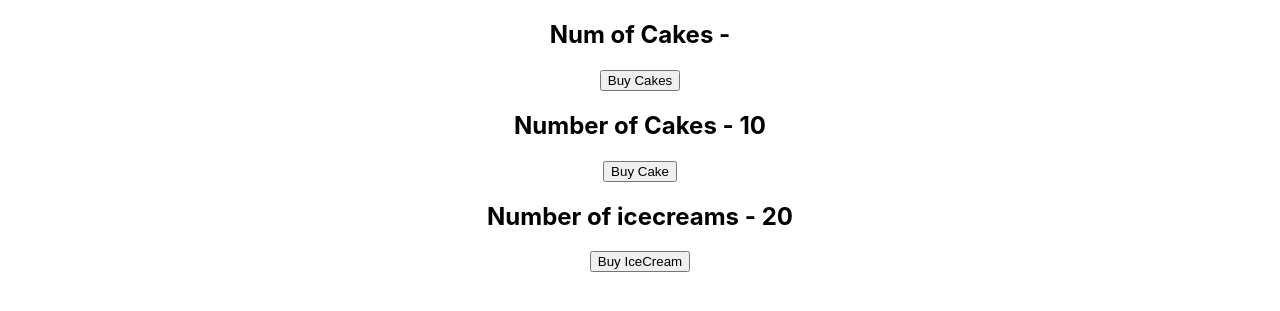
Repository: hardikaureate/react-redux-demo-axios
Page: /
The author's editor kept a copy of each file at every save. The page is drawn from the files as they stood at one save, then again after the next save.
The browser window is 1280 px wide. The pictures show the whole page.
The project was rebuilt for these pictures with package versions that can differ from the ones it lists, and the page was loaded fresh each time.

Above is the page before, as saved 2020-11-04 17:18:39.

### src/App.js

import './App.css';
import { Provider } from 'react-redux'
import store from './redux/store'
import CakeContainer from './components/CakeContainer';
import HooksCakeContainer from './components/HooksCakeContainer';
import IceCreamContainer from './components/IceCreamContainer';

function App() {
  return (
    <Provider store={store}>
    <div className="App">
      <HooksCakeContainer />
      <CakeContainer />
      <IceCreamContainer />
    </div>
    </Provider>
  );
}

export default App;

### src/redux/store.js
import { createStore } from 'redux'
//import cakeReducer from './cake/cakeReducer'
import rootReducer from './rootReducer'

const store = createStore(rootReducer)

export default store

### src/components/CakeContainer.js
import React from 'react'
import {connect} from 'react-redux'
import { buyCake } from '../redux'

function CakeContainer(props) {
    return (
        <div>
            <h2>Number of Cakes - {props.numOfCakes}</h2>
            <button onClick={props.buyCake}>Buy Cake</button>
        </div>
    )
}

const mapStateTOProps = state => {
    return{
        numOfCakes: state.cake.numOfCakes
    }
}

const mapDispatchToProps = dispatch => {
    return {
        buyCake: () => dispatch(buyCake())
    }
}

export default connect(mapStateTOProps, mapDispatchToProps)(CakeContainer)

### src/components/HooksCakeContainer.js
import React from 'react'
import { useSelector, useDispatch } from 'react-redux'
import { buyCake } from '../redux'

function HooksCakeContainer() {
    const numOfCakes =  useSelector(state => state.numOfCakes)
    const dispatch = useDispatch()
    return (
        <div>
            <h2>Num of Cakes - {numOfCakes} </h2>
            <button onClick={() => dispatch(buyCake())}>Buy Cakes</button>
        </div>
    )
}

export default HooksCakeContainer

### src/components/IceCreamContainer.js
import React from 'react'
import {connect} from 'react-redux'
import { buyIceCream } from '../redux'

function IceCreamContainer(props) {
    return (
        <div>
            <h2>Number of icecreams - {props.numOfIceCreams}</h2>
            <button onClick={props.buyIceCream}>Buy IceCream</button>
        </div>
    )
}

const mapStateTOProps = state => {
    return{
        numOfIceCreams: state.iceCream.numOfIceCreams
    }
}

const mapDispatchToProps = dispatch => {
    return {
        buyIceCream: () => dispatch(buyIceCream())
    }
}

export default connect(mapStateTOProps, mapDispatchToProps)(IceCreamContainer)

### src/redux/rootReducer.js
import { combineReducers } from 'redux'
import cakeReducer from './cake/cakeReducer'
import iceCreamReducer from './iceCream/iceCreamReducer'


const rootReducer = combineReducers({
    cake: cakeReducer,
    iceCream: iceCreamReducer
})

export default rootReducer

### src/redux/index.js
export { buyCake } from './cake/cakeActions'
export { buyIceCream } from './iceCream/IceCreamActions'

### src/redux/cake/cakeReducer.js
import {BUY_CAKE} from './cakeTypes'

const initialState = {
    numOfCakes: 10
}
const cakeReducer = (state = initialState, action) => {
    switch(action.type) {
        case BUY_CAKE: return {
            ...state,
            numOfCakes: state.numOfCakes - 1
        }
        default:return state
    }
}
export default cakeReducer

### src/redux/iceCream/iceCreamReducer.js
import {BUY_ICECREAM} from './iceCreamTypes'

const initialState = {
    numOfIceCreams: 20
}

const iceCreamReducer = (state = initialState, action) => {
    switch(action.type) {
        case BUY_ICECREAM: return{
            ...state,
            numOfIceCreams: state.numOfIceCreams - 1
        }
        default: return state
    }
}

export default iceCreamReducer

### src/redux/cake/cakeActions.js
import {BUY_CAKE} from './cakeTypes'

export const buyCake = () => {
    return {
        type: BUY_CAKE
    }
}

### src/redux/IceCream/IceCreamActions.js
import { BUY_ICECREAM } from './IceCreamTypes'



export const buyIceCream = () => {
    return {
        type: BUY_ICECREAM
    }
}

Loaded but not shown: public/index.html (common file); src/index.js (common file); src/index.css (common file); src/reportWebVitals.js (common file); src/App.css (common file); src/redux/cake/cakeTypes.js (common file); src/redux/IceCream/IceCreamTypes.js (common file)

After the next save:
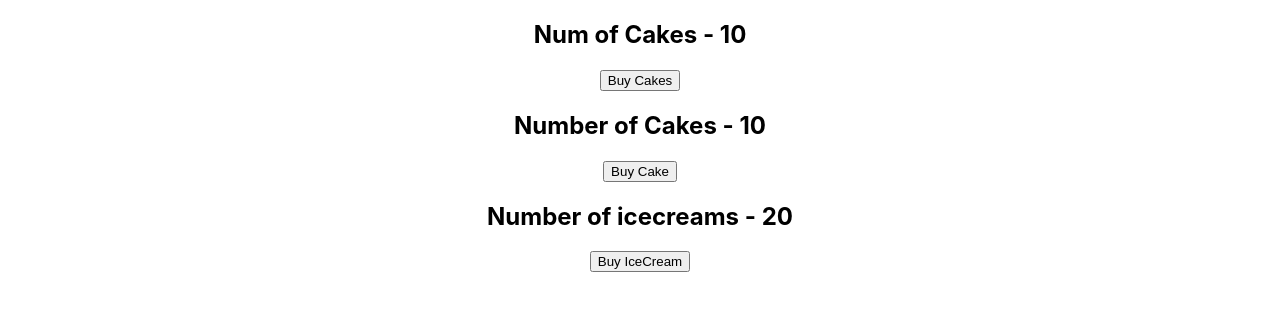
Saved 12 s later.
--- a/src/components/HooksCakeContainer.js
+++ b/src/components/HooksCakeContainer.js
@@ -3,7 +3,7 @@ import { useSelector, useDispatch } from 'react-redux'
 import { buyCake } from '../redux'
 
 function HooksCakeContainer() {
-    const numOfCakes =  useSelector(state => state.numOfCakes)
+    const numOfCakes =  useSelector(state => state.cake.numOfCakes)
     const dispatch = useDispatch()
     return (
         <div>
